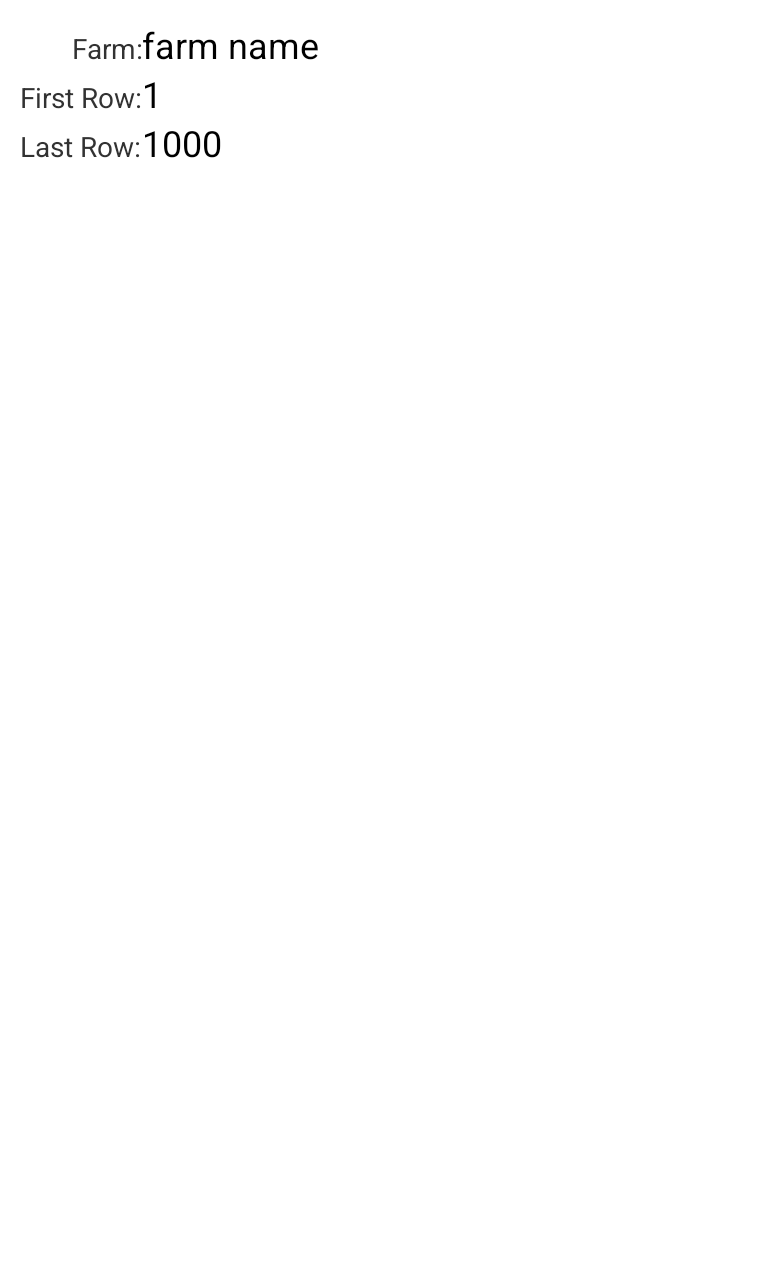
Repository: cokembel/FarmHand
Layout: FarmHand/res/layout/view_farm.xml
An editor plug-in stored every save of this project. The layout is shown before and after the next save, followed by the edit.
It is drawn on a 768 x 1280 px phone screen (xhdpi) without system bars, with theme AppTheme; the app's code is not run.

Above is the layout before, as saved 2012-12-10 21:14:42.

After the next save:
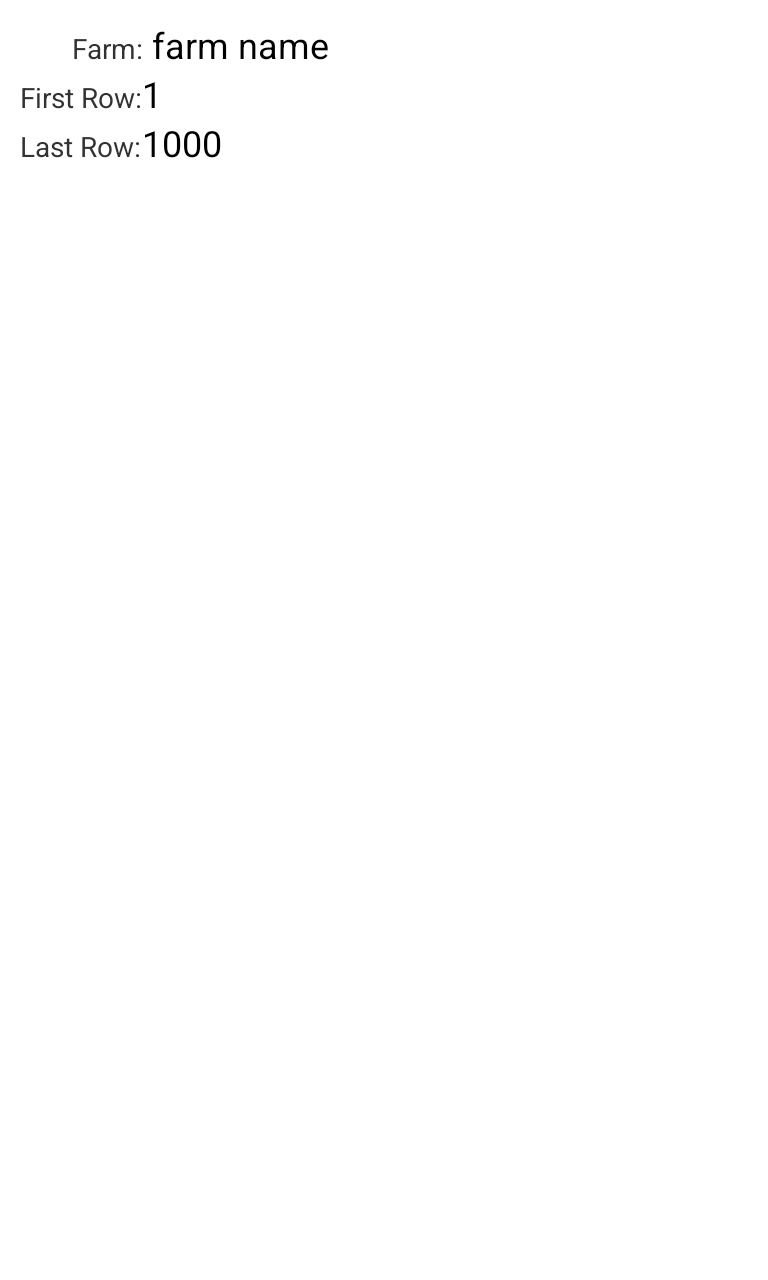
Saved 34 s later.
--- a/FarmHand/res/layout/view_farm.xml
+++ b/FarmHand/res/layout/view_farm.xml
@@ -17,6 +17,7 @@
 
 	            <TextView
 	                android:id="@+id/textView2"
+	                android:paddingLeft="5dp"
 	                android:layout_width="wrap_content"
 	                android:layout_height="wrap_content"
 	                android:text="farm name"
